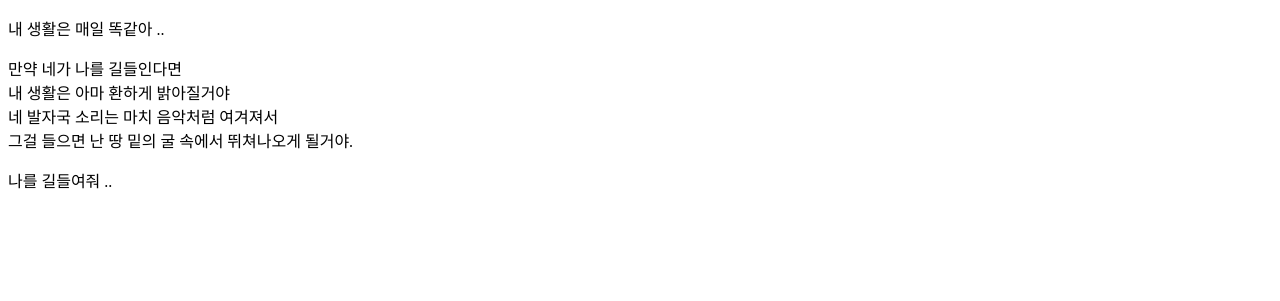
Repository: KimHeonSeung/TJE_HTML
Page: sources/day_01/WebContent/bi.html
An editor plug-in stored every save of this project. The page is shown before and after the next save, followed by the edit.
The browser window is 1280 px wide. The pictures show the whole page.

Above is the page before, as saved 2019-05-10 03:14:12.

### sources/day_01/WebContent/bi.html
<!DOCTYPE html>
<html>
<head>
<meta charset="UTF-8">
<title>br 연습</title>
</head>
<body>
	<p> 내 생활은 매일 똑같아 .. </p>
	<p> 만약 네가 나를 길들인다면 <br/>
		내 생활은 아마 환하게 밝아질거야 <br/>
		네 발자국 소리는 마치 음악처럼 여겨져서 <br/>
		그걸 들으면 난 땅 밑의 굴 속에서 뛰쳐나오게 될거야. <br/>
	<p> 나를 길들여줘 ..</p>
</body>
</html>

After the next save:
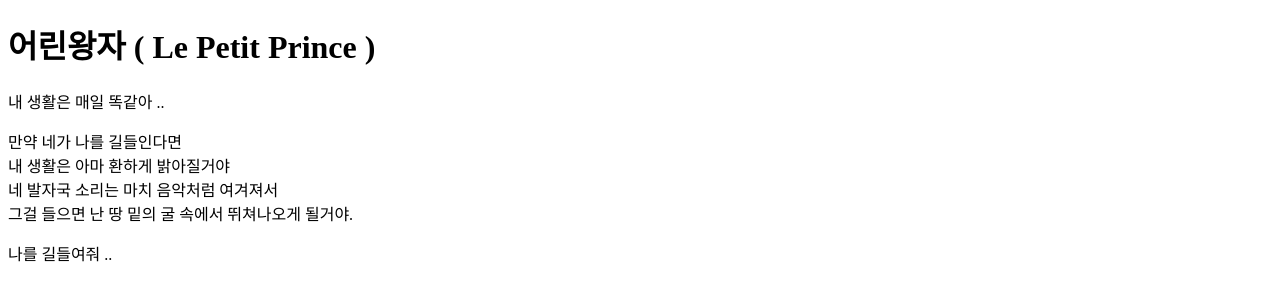
Saved 21 s later.
--- a/sources/day_01/WebContent/bi.html
+++ b/sources/day_01/WebContent/bi.html
@@ -5,6 +5,7 @@
 <title>br 연습</title>
 </head>
 <body>
+	<h1>어린왕자 ( Le Petit Prince )</h1>
 	<p> 내 생활은 매일 똑같아 .. </p>
 	<p> 만약 네가 나를 길들인다면 <br/>
 		내 생활은 아마 환하게 밝아질거야 <br/>
